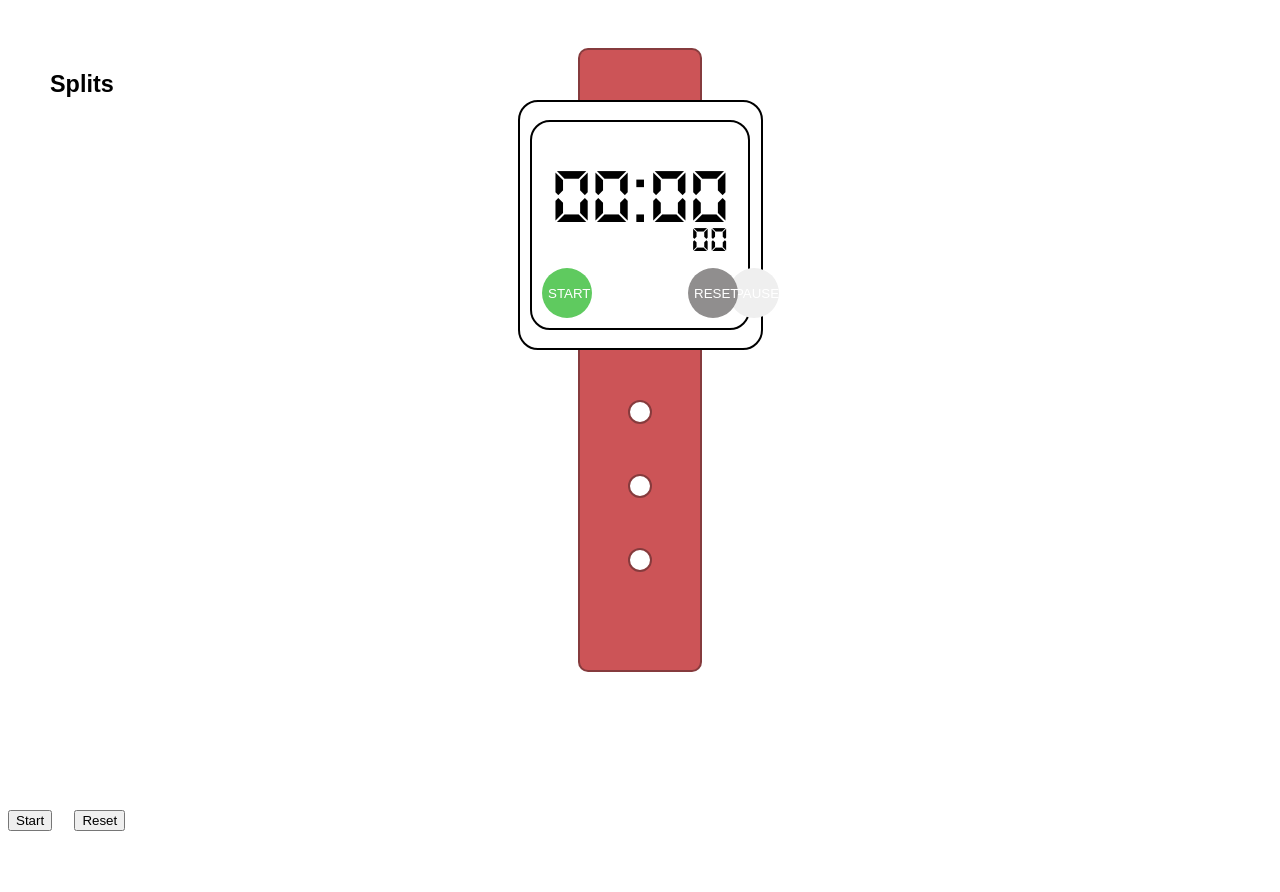
Repository: konstantin0s/lab-chronometer
Page: index.html
The author's editor kept a copy of each file at every save. The page is drawn from the files as they stood at one save, then again after the next save.
The browser window is 1280 px wide. The pictures show the whole page.

Above is the page before, as saved 2019-02-04 19:21:31.

After the next save:
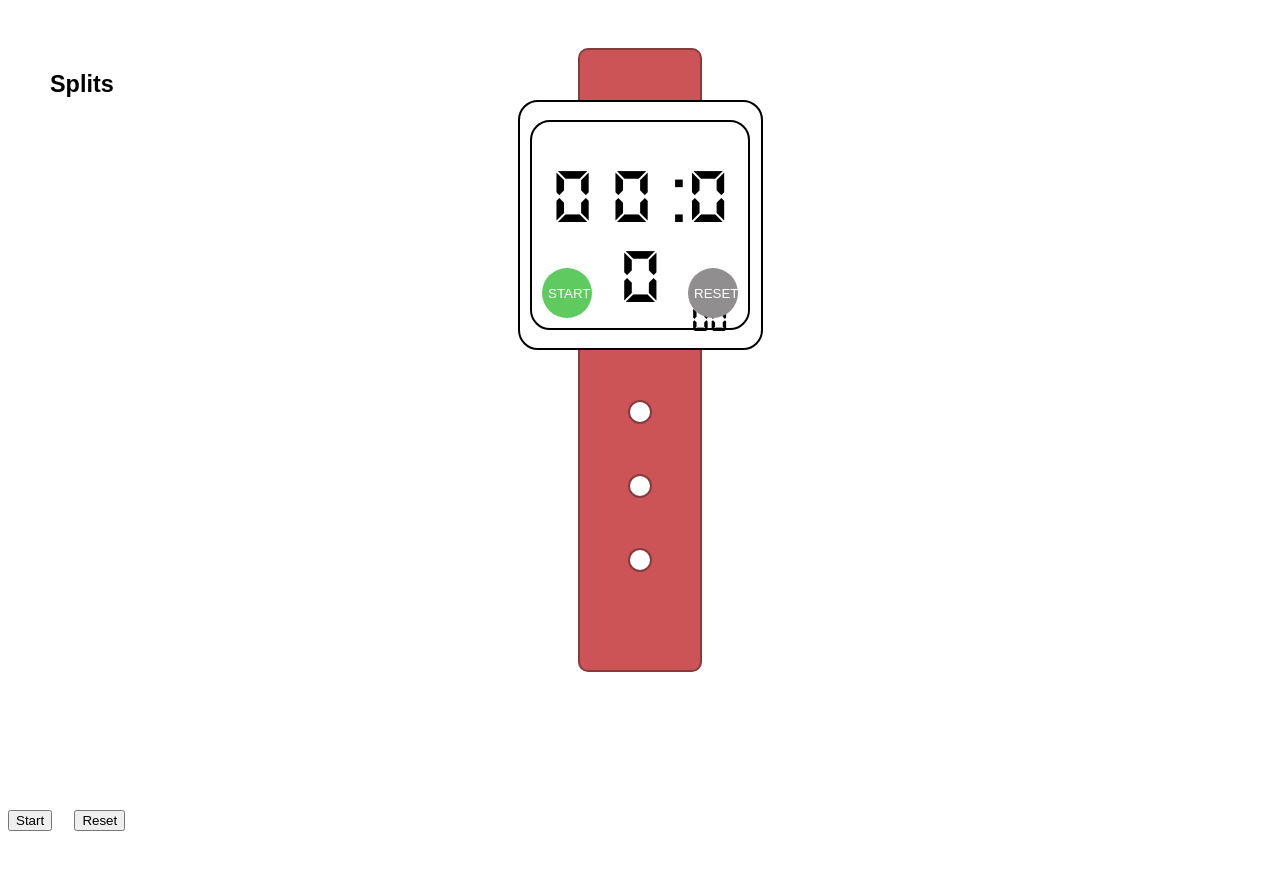
Saved 2 min 19 s later.
--- a/index.html
+++ b/index.html
@@ -19,14 +19,16 @@
 
   <section id="clock">
     <div id="sphere">
-      <span id="minDec" class="number">0</span><span id="minUni" class="number">0</span><span>:</span><span id="secDec" class="number">0</span><span id="secUni" class="number">0</span>
+      <span id="minDec" class="number">0</span>
+      <span id="minUni" class="number">0</span>
+      <span>:</span><span id="secDec" class="number">0</span>
+      <span id="secUni" class="number">0</span>
 
       <div id="milliseconds">
         <span id="milDec">0</span><span id="milUni">0</span>
       </div>
 
       <button id="btnLeft" class="btn start">START</button>
-      <button id="btnMiddle" class="btn pause">PAUSE</button>
        <button id="btnRight" class="btn reset">RESET</button>
     </div>
   </section>
